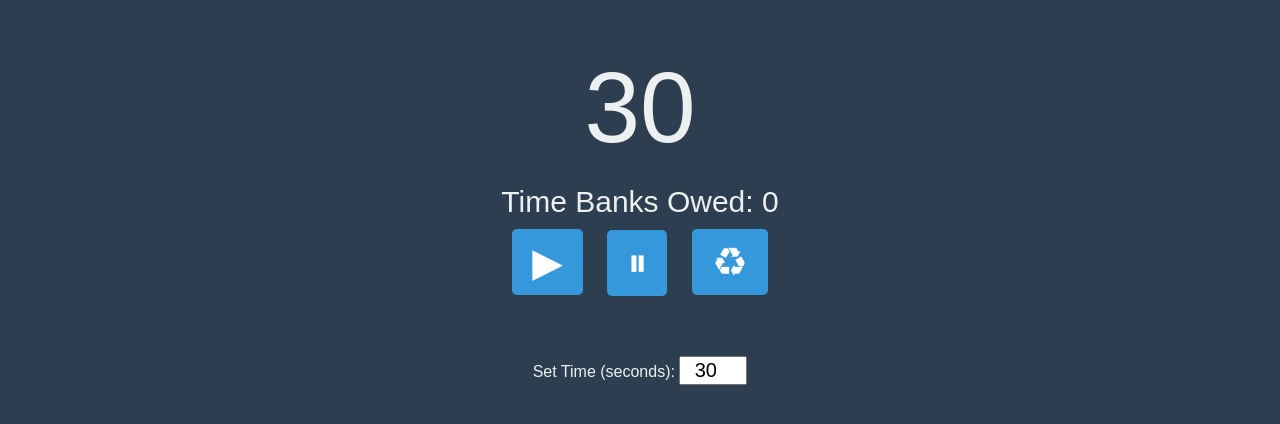
Repository: STnaidoo/poker-shot-clock
Page: index.html
The author's editor kept a copy of each file at every save. The page is drawn from the files as they stood at one save, then again after the next save.
The browser window is 1280 px wide. The pictures show the whole page.

Above is the page before, as saved 2024-10-31 12:31:31.

### index.html
<!DOCTYPE html>
<html>
<head>
    <title>Poker Shot Clock</title>
    <style>
        body {
            font-family: Arial, sans-serif;
            text-align: center;
            background-color: #2c3e50;
            color: #ecf0f1;
            margin: 0;
            padding: 0;
            transition: background-color 0.5s;
        }

        #timer {
            font-size: 100px;
            margin-top: 50px;
        }

        #timeBanks {
            font-size: 30px;
            margin-top: 20px;
        }

        .button {
            font-size: 40px;
            padding: 10px 20px;
            margin: 10px;
            background-color: #3498db;
            border: none;
            color: #fff;
            cursor: pointer;
            border-radius: 5px;
        }

        .button:active {
            background-color: #2980b9;
        }

        #settings {
            margin-top: 50px;
        }

        input[type=number] {
            font-size: 20px;
            width: 60px;
            text-align: center;
        }
    </style>
</head>
<body>

    <div id="timer">30</div>
    <div id="timeBanks">Time Banks Owed: 0</div>

    <button id="startButton" class="button">▶</button>
    <button id="pauseButton" class="button">⏸</button>
    <button id="resetButton" class="button">♻</button>

    <div id="settings">
        <label for="timeInput">Set Time (seconds): </label>
        <input type="number" id="timeInput" value="30" min="1" max="300">
    </div>

    <script>
        var timerDisplay = document.getElementById('timer');
        var timeBanksDisplay = document.getElementById('timeBanks');
        var startButton = document.getElementById('startButton');
        var pauseButton = document.getElementById('pauseButton');
        var resetButton = document.getElementById('resetButton');
        var timeInput = document.getElementById('timeInput');

        var timeLeft = parseInt(timeInput.value);
        var initialTime = timeLeft;
        var timerId;
        var isRunning = false;
        var timeBanksOwed = 0;
        var flashIntervalId;

        timerDisplay.textContent = timeLeft;

        startButton.addEventListener('click', function() {
            if (!isRunning) {
                timeLeft = parseInt(timerDisplay.textContent);
                timerId = setInterval(countdown, 1000);
                isRunning = true;
            }
        });

        pauseButton.addEventListener('click', function() {
            if (isRunning) {
                clearInterval(timerId);
                clearInterval(flashIntervalId);
                document.body.style.backgroundColor = '#2c3e50'; // Reset background color
                isRunning = false;
            }
        });

        resetButton.addEventListener('click', function() {
            clearInterval(timerId);
            clearInterval(flashIntervalId);
            timeLeft = parseInt(timeInput.value);
            initialTime = timeLeft;
            timerDisplay.textContent = timeLeft;
            document.body.style.backgroundColor = '#2c3e50'; // Reset background color
            isRunning = false;
            timeBanksOwed = 0;
            timeBanksDisplay.textContent = 'Time Banks Owed: ' + timeBanksOwed;
        });

        timeInput.addEventListener('change', function() {
            if (!isRunning) {
                timeLeft = parseInt(timeInput.value);
                initialTime = timeLeft;
                timerDisplay.textContent = timeLeft;
            }
        });

        function countdown() {
            if (timeLeft <= 0) {
                timeBanksOwed++;
                timeBanksDisplay.textContent = 'Time Banks Owed: ' + timeBanksOwed;
                playBeep();
                timeLeft = initialTime;
                timerDisplay.textContent = timeLeft;
                // Reset flash effects
                clearInterval(flashIntervalId);
                document.body.style.backgroundColor = '#2c3e50';
            } else {
                timeLeft--;
                timerDisplay.textContent = timeLeft;

                if (timeLeft <= 5) {
                    // Start flashing and ticking
                    if (!flashIntervalId) {
                        flashIntervalId = setInterval(flashScreen, 500);
                    }
                    playTick();
                }
            }
        }

        function flashScreen() {
            if (document.body.style.backgroundColor === 'rgb(44, 62, 80)') {
                document.body.style.backgroundColor = '#e74c3c'; // Flash red
            } else {
                document.body.style.backgroundColor = '#2c3e50'; // Original color
            }
        }

        function playBeep() {
            var context = new (window.AudioContext || window.webkitAudioContext)();
            var oscillator = context.createOscillator();
            oscillator.type = "square";
            oscillator.frequency.setValueAtTime(440, context.currentTime); // Frequency in Hz
            oscillator.connect(context.destination);
            oscillator.start();
            oscillator.stop(context.currentTime + 0.1); // Beep duration in seconds
        }

        function playTick() {
            var context = new (window.AudioContext || window.webkitAudioContext)();
            var oscillator = context.createOscillator();
            oscillator.type = "square";
            oscillator.frequency.setValueAtTime(880, context.currentTime); // Higher frequency for tick
            oscillator.connect(context.destination);
            oscillator.start();
            oscillator.stop(context.currentTime + 0.05); // Tick duration in seconds
        }
    </script>

</body>
</html>

After the next save:
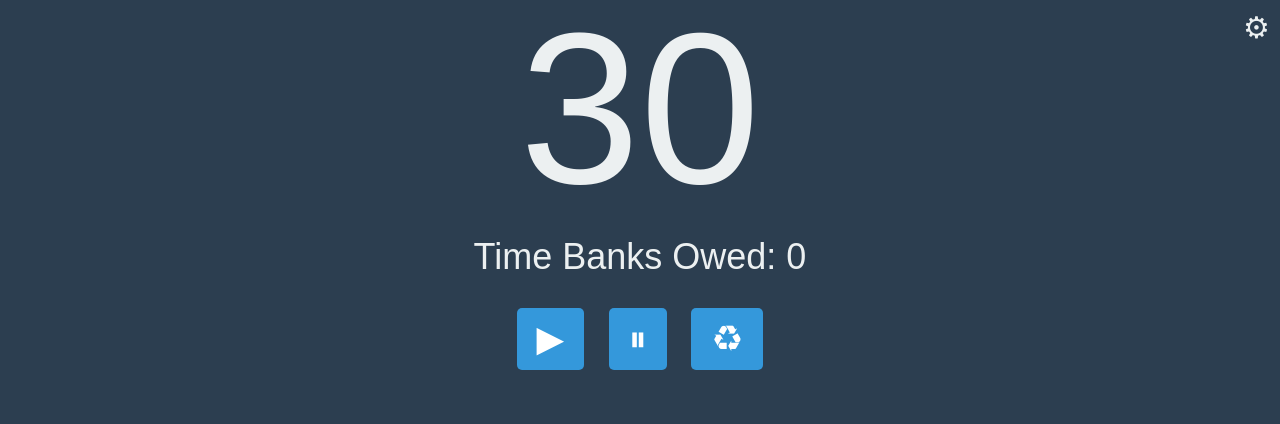
Saved 3 min 18 s later.
--- a/index.html
+++ b/index.html
@@ -4,27 +4,41 @@
     <title>Poker Shot Clock</title>
     <style>
         body {
+            position: relative;
             font-family: Arial, sans-serif;
-            text-align: center;
+            display: flex;
+            flex-direction: column;
+            justify-content: center;
+            align-items: center;
             background-color: #2c3e50;
             color: #ecf0f1;
             margin: 0;
             padding: 0;
             transition: background-color 0.5s;
+            text-align: center;
+        }
+
+        #settingsIcon {
+            position: absolute;
+            top: 10px;
+            right: 10px;
+            font-size: 30px;
+            cursor: pointer;
         }
 
         #timer {
-            font-size: 100px;
-            margin-top: 50px;
+            font-size: 30vh;
+            line-height: 1;
+            cursor: pointer;
         }
 
         #timeBanks {
-            font-size: 30px;
+            font-size: 5vh;
             margin-top: 20px;
         }
 
         .button {
-            font-size: 40px;
+            font-size: 5vh;
             padding: 10px 20px;
             margin: 10px;
             background-color: #3498db;
@@ -38,7 +52,12 @@
             background-color: #2980b9;
         }
 
+        #buttons {
+            margin-top: 20px;
+        }
+
         #settings {
+            display: none;
             margin-top: 50px;
         }
 
@@ -51,12 +70,16 @@
 </head>
 <body>
 
+    <div id="settingsIcon">⚙</div>
+
     <div id="timer">30</div>
     <div id="timeBanks">Time Banks Owed: 0</div>
 
-    <button id="startButton" class="button">▶</button>
-    <button id="pauseButton" class="button">⏸</button>
-    <button id="resetButton" class="button">♻</button>
+    <div id="buttons">
+        <button id="startButton" class="button">▶</button>
+        <button id="pauseButton" class="button">⏸</button>
+        <button id="resetButton" class="button">♻</button>
+    </div>
 
     <div id="settings">
         <label for="timeInput">Set Time (seconds): </label>
@@ -70,6 +93,8 @@
         var pauseButton = document.getElementById('pauseButton');
         var resetButton = document.getElementById('resetButton');
         var timeInput = document.getElementById('timeInput');
+        var settingsIcon = document.getElementById('settingsIcon');
+        var settings = document.getElementById('settings');
 
         var timeLeft = parseInt(timeInput.value);
         var initialTime = timeLeft;
@@ -82,7 +107,6 @@
 
         startButton.addEventListener('click', function() {
             if (!isRunning) {
-                timeLeft = parseInt(timerDisplay.textContent);
                 timerId = setInterval(countdown, 1000);
                 isRunning = true;
             }
@@ -97,16 +121,16 @@
             }
         });
 
-        resetButton.addEventListener('click', function() {
-            clearInterval(timerId);
-            clearInterval(flashIntervalId);
-            timeLeft = parseInt(timeInput.value);
-            initialTime = timeLeft;
-            timerDisplay.textContent = timeLeft;
-            document.body.style.backgroundColor = '#2c3e50'; // Reset background color
-            isRunning = false;
-            timeBanksOwed = 0;
-            timeBanksDisplay.textContent = 'Time Banks Owed: ' + timeBanksOwed;
+        resetButton.addEventListener('click', resetAll);
+
+        timerDisplay.addEventListener('click', resetTimer);
+
+        settingsIcon.addEventListener('click', function() {
+            if (settings.style.display === 'none' || settings.style.display === '') {
+                settings.style.display = 'block';
+            } else {
+                settings.style.display = 'none';
+            }
         });
 
         timeInput.addEventListener('change', function() {
@@ -168,6 +192,27 @@
             oscillator.start();
             oscillator.stop(context.currentTime + 0.05); // Tick duration in seconds
         }
+
+        function resetTimer() {
+            clearInterval(timerId);
+            clearInterval(flashIntervalId);
+            timeLeft = initialTime;
+            timerDisplay.textContent = timeLeft;
+            document.body.style.backgroundColor = '#2c3e50'; // Reset background color
+            isRunning = true;
+            timerId = setInterval(countdown, 1000);
+        }
+
+        function resetAll() {
+            clearInterval(timerId);
+            clearInterval(flashIntervalId);
+            timeLeft = initialTime;
+            timerDisplay.textContent = timeLeft;
+            document.body.style.backgroundColor = '#2c3e50'; // Reset background color
+            isRunning = false;
+            timeBanksOwed = 0;
+            timeBanksDisplay.textContent = 'Time Banks Owed: ' + timeBanksOwed;
+        }
     </script>
 
 </body>
